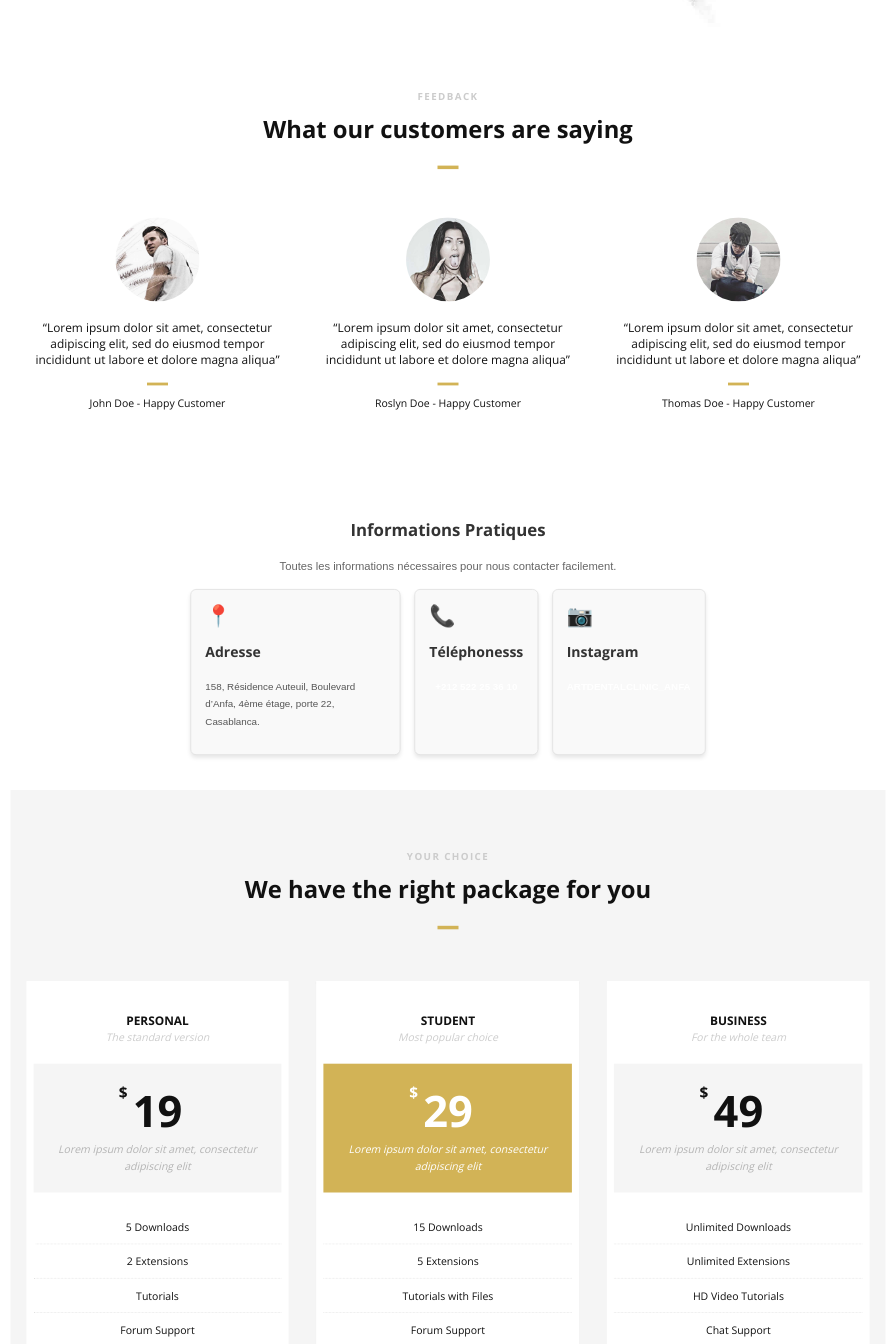
Repository: elhathoutWobz/dental-media
Page: index.html
The author's editor kept a copy of each file at every save. The page is drawn from the files as they stood at one save, then again after the next save.
The browser window is 1280 px wide. The pictures show the part of the page from y = 2882 to 4802 px (the page is 5206 px tall), at 70% of full size.

Above is the page before, as saved 2024-12-03 22:24:59.

After the next save:
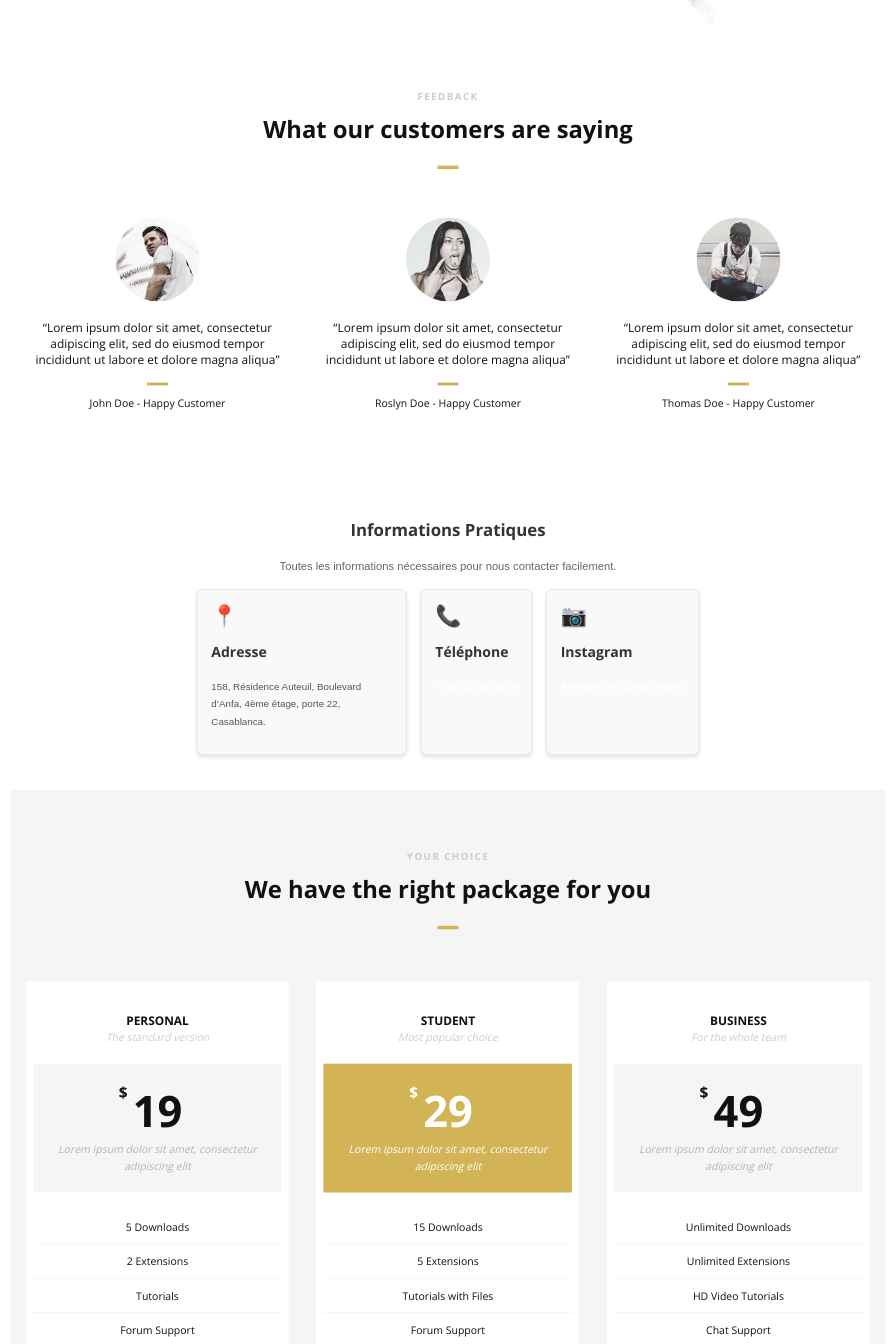
Saved 10 s later.
--- a/index.html
+++ b/index.html
@@ -377,7 +377,7 @@
                         </div>
                         <div class="contact-item">
                             <span class="icon">📞</span>
-                            <h3>Téléphonesss</h3>
+                            <h3>Téléphone</h3>
                             <p><a href="tel:+212522253610">+212 522 25 36 10</a></p>
                         </div>
                         <div class="contact-item">
